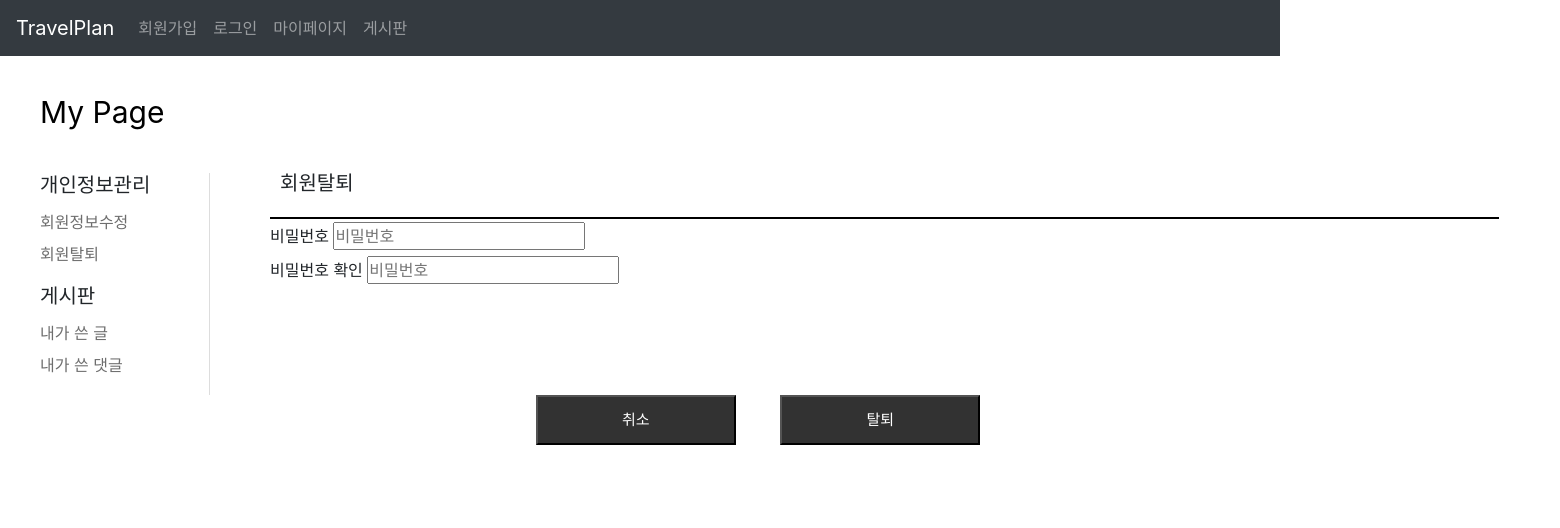
Repository: sna145815/Travel_v1
Page: http://localhost/Travel_v1/WEB-INF/view/deleteuser.jsp
These files come from the project's save history. The page is drawn as it stood at one moment and after the next save; the edit follows.
The browser window is 1280 px wide. The page is 1560 px wide, so the pictures cover 1560 px, including what lies to the right of the window. The pictures show the whole page.
The page is served by Tomcat 9. Nobody is signed in. Other server files are loaded and not shown. The template is opened directly, without the code that normally fills it, so the values that code supplies are empty.

Above is the page before, as saved 2022-11-06 14:18:00.

### Travel_v1/src/main/webapp/WEB-INF/view/deleteuser.jsp
<%@ page language="java" contentType="text/html; charset=UTF-8"
    pageEncoding="UTF-8"%>
<%@ include file="/layout/header.jsp" %>

<!DOCTYPE html>
<html>
<head>
	<meta charset="UTF-8">
	<style>
		* {
			margin: 0;
			padding: 0;
		}
		#wrap {
			width: auto;
			min-width: 1560px;
			max-width: 1880px;
			padding: 0px 40px;
			margin: 0px auto;
			box-sizing: border-box;
		}
		#sub_header {
			position: relative;
			padding: 0px 0px 10px;
			margin: 0px auto;
		}
		.visual_area {
			padding: 5px 0px 8px;
			font-size: inherit;
			font-weight: normal;
		}
		.txt > a {
			display: inline-block;
			font-size: 30px;
			font-weight: normal;
			color: rgb(0, 0, 0);
		}
		.menu_area {
			float : left;
			width : 270px;
			border-right: 1px solid #ddd;
		}
		.content_right {
			position: absolute;
			left: 270px;
			top: 200;
			right: 0;
			min-width: 1229px;
		}
		.menu_area {
		 	width: 170px;
		 	float: left;
		 	margin: 24px 40px 0px 0px;
		 	font-size: 14px;
		}
		.menu1, .menu2 {
			display: flex;
			flex-direction: column;
			padding-bottom: 15px;
		}
		.update, .delete, .post, .comment {
			display: flex;
			margin-top: 2px;
			font-size: 16px;
			line-height: 30px;
			color: rgb(110, 110, 110);
		}
		.content-right {
			padding: 0;
			float: right;
		}
		.sectiontitle {
			border-bottom: 2px solid #000000;
			padding-left: 10px;
			padding-bottom: 14px;
			margin-top: 22px;
			line-height: 1.5px;
			font-size: 14px;
			position: relative;
		}
		.password {
			padding: 3px 0 35px 0;
		}
		.button {
			margin-top: 50px;
			margin-left: 20%;
		}
		.btn_cancel, .btn_delete {
			width: 200px;
			height: 50px;
			margin: 20px;
			padding: 10px;
			font-size: 15px;
			border-collapse: collapse;
			vertical-align: middle;
			color: rgb(255, 255, 255);
			background-color: rgb(50, 50, 50);
		}
	</style>
</head>
<body>
	<div id="wrap">
		<div id ="header">
			<div class="visual_area">
				<h1 class="txt">
					<a href="/mypage">My Page</a>
				</h1>
			</div>
		</div>
		<div id ="content_area">
			<div class ="content">
				<div class="content_in">
					<!-- 좌측 메뉴 -->
					<nav class="menu_area">
						<div class="menu1">
							<h5>개인정보관리</h5>
							<a href="/mypage" class="update">회원정보수정</a>
							<a href="/deleteuser" class="delete">회원탈퇴</a>
						</div>
						<div class="menu2">
							<h5>게시판</h5>
							<a href="#" class="post">내가 쓴 글</a>
							<a href="#" class="comment">내가 쓴 댓글</a>
						</div>
					</nav>
					<!-- 콘텐츠 내용 -->
					<section class ="content_right">
						<header class="sectiontitle">
							<h5>회원탈퇴</h5>
						</header>
						<div class="password">
							<div class="inputpwd">
								<label for="myPW">비밀번호</label>
								<input type="password" id="myPW" placeholder="비밀번호" size=20/>
							</div>
							<div class="inputpwd">
								<label for="myPWR">비밀번호 확인</label>
								<input type="password" id="myPWR" placeholder="비밀번호" size=20/>
							</div>
						</div>
						<div class="button">
							<span>
								<button type="submit" class="btn_cancel">취소</button>
							</span>
							<span>
								<button type="submit" class="btn_delete">탈퇴</button>
							</span>
						</div>
					</section>
				</div>
			</div>
		</div>
	</div>
</body>
</html>

### Travel_v1/src/main/webapp/layout/header.jsp
<%@ page language="java" contentType="text/html; charset=UTF-8"
    pageEncoding="UTF-8"%>
<!DOCTYPE html>

<head>
  <title>TravelPlan</title>
  <meta charset="utf-8">
  <meta name="viewport" content="width=device-width, initial-scale=1">
  <link rel="stylesheet" href="https://cdn.jsdelivr.net/npm/bootstrap@4.6.1/dist/css/bootstrap.min.css">
  <script src="https://cdn.jsdelivr.net/npm/jquery@3.6.0/dist/jquery.slim.min.js"></script>
  <script src="https://cdn.jsdelivr.net/npm/popper.js@1.16.1/dist/umd/popper.min.js"></script>
  <script src="https://cdn.jsdelivr.net/npm/bootstrap@4.6.1/dist/js/bootstrap.bundle.min.js"></script>
</head>
<body>

<nav class="navbar navbar-expand-md bg-dark navbar-dark">
  <a class="navbar-brand" href="#">TravelPlan</a>
  <button class="navbar-toggler" type="button" data-toggle="collapse" data-target="#collapsibleNavbar">
    <span class="navbar-toggler-icon"></span>
  </button>
  <div class="collapse navbar-collapse" id="collapsibleNavbar">
    <ul class="navbar-nav">
      <li class="nav-item">
        <a class="nav-link" href="#">회원가입</a>
      </li>
      <li class="nav-item">
        <a class="nav-link" href="/login">로그인</a>
      </li>
      <li class="nav-item">
        <a class="nav-link" href="/mypage">마이페이지</a>
      </li>
      <li class="nav-item">
        <a class="nav-link" href="#">게시판</a>
      </li>
    </ul>
  </div>
</nav>
<br>

After the next save:
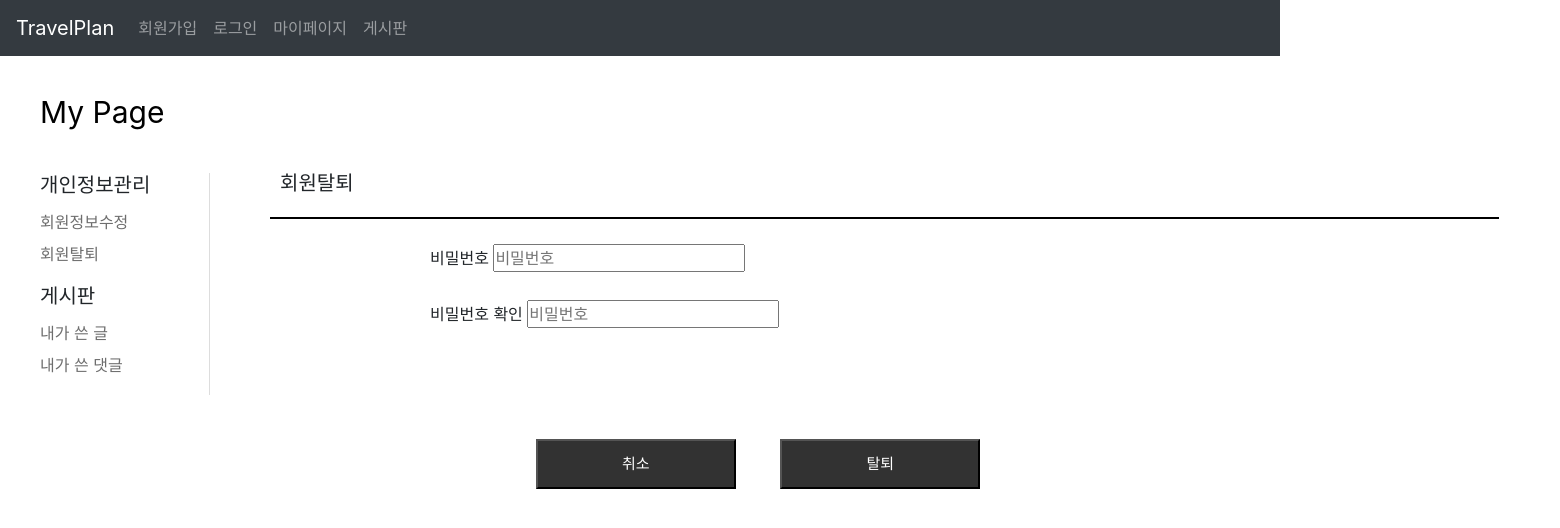
Saved 56 s later.
--- a/Travel_v1/src/main/webapp/WEB-INF/view/deleteuser.jsp
+++ b/Travel_v1/src/main/webapp/WEB-INF/view/deleteuser.jsp
@@ -81,6 +81,11 @@
 		.password {
 			padding: 3px 0 35px 0;
 		}
+		.inputpwd {
+			margin-top: 22px;
+			padding-left: 160px;
+			position: relative;
+		}
 		.button {
 			margin-top: 50px;
 			margin-left: 20%;
